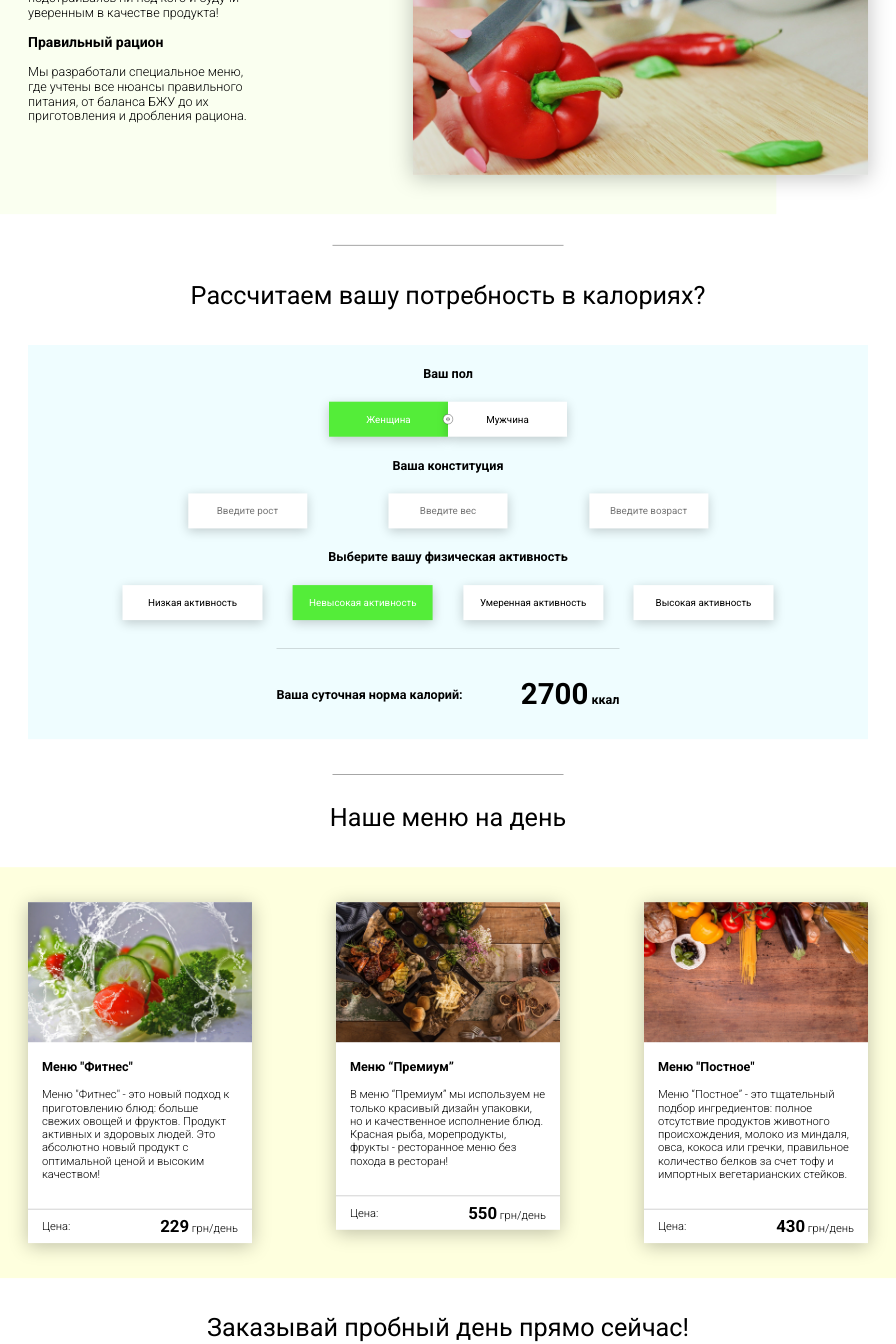
Repository: ne-comilfo/food
Page: index.html
These files come from the project's save history. The page is drawn as it stood at one moment and after the next save; the edit follows.
The browser window is 1280 px wide. The pictures show the part of the page from y = 1407 to 3327 px (the page is 4251 px tall before and 5421 px after), at 70% of full size.

Above is the page before, as saved 2025-07-23 13:08:08.

### index.html
<!DOCTYPE html>
<html lang="en">

<head>
    <meta charset="UTF-8">
    <meta name="viewport" content="width=device-width, initial-scale=1.0">
    <title>Food</title>
    <link rel="stylesheet" href="css/style.css">
</head>

<body>
    <header class="header">
        <div class="header__left-block">
            <div class="header__logo">
                <img src="icons/logo.svg" alt="Логотип">
            </div>
            <nav class="header__links">
                <a href="#" class="header__link">Доставка питания</a>
                <a href="#" class="header__link">Второй пункт</a>
            </nav>
        </div>
        <div class="header__right-block">
            <button class="btn btn_white">Связаться с нами</button>
        </div>
    </header>
    <div class="sidepanel">
        <div class="sidepanel__text"><span>Социальные сети</span></div>
        <div class="sidepanel__divider"></div>
        <a href="#" class="sidepanel__icon">
            <img src="icons/instagram.svg" alt="instagram">
        </a>
        <a href="#" class="sidepanel__icon">
            <img src="icons/facebook.svg" alt="facebook">
        </a>
    </div>

    <div class="preview">
        <div class="bgc_blue"></div>
        <div class="container">
            <div class="tabcontainer">
                <div class="tabcontent">
                    <img src="img/tabs/vegy.jpg" alt="vegy">
                    <div class="tabcontent__descr">
                        Меню "Фитнес" - это новый подход к приготовлению блюд: больше свежих овощей и фруктов. Для
                        людей, которые интересуются спортом; активных и здоровых. Это абсолютно новый продукт с
                        оптимальной ценой и высоким качеством!
                    </div>
                </div>
                <div class="tabcontent">
                    <img src="img/tabs/elite.jpg" alt="elite">
                    <div class="tabcontent__descr">
                        Меню “Премиум” - мы используем не только красивый дизайн упаковки, но и качественное исполнение
                        блюд. Красная рыба, морепродукты, фрукты - ресторанное меню без похода в ресторан!
                    </div>
                </div>
                <div class="tabcontent">
                    <img src="img/tabs/post.jpg" alt="post">
                    <div class="tabcontent__descr">
                        Наше специальное “Постное меню” - это тщательный подбор ингредиентов: полное отсутствие
                        продуктов животного происхождения. Полная гармония с собой и природой в каждом элементе! Все
                        будет Ом!
                    </div>
                </div>
                <div class="tabcontent">
                    <img src="img/tabs/vegy.jpg" alt="vegy">
                    <div class="tabcontent__descr">
                        Меню "Сбалансированное" - это соответствие вашего рациона всем научным рекомендациям. Мы
                        тщательно просчитываем вашу потребность в к/б/ж/у и создаем лучшие блюда для вас.
                    </div>
                </div>
                <div class="tabheader">
                    <h3>Выберите стиль питания</h3>
                    <div class="tabheader__items">
                        <div class="tabheader__item tabheader__item_active">Фитнес</div>
                        <div class="tabheader__item">Премиум</div>
                        <div class="tabheader__item">Постное</div>
                        <div class="tabheader__item">Сбалансированное</div>
                    </div>
                </div>
            </div>
            <div class="preview__life">Живи полной жизнью!</div>
        </div>
    </div>

    <div class="divider"></div>

    <div class="offer">
        <div class="bgc_y"></div>
        <div class="container">
            <div class="offer__text">
                <h2 class="title">Что мы можем вам предложить?</h2>
                <div class="offer__descr">
                    Наша основная идея - это правильное питание. Оно может быть простым и вкусным. Мы не просто
                    доставка, мы сервис! Мы взяли на себя все расчеты БЖУ, калорийности, объемов порций и прочие важные,
                    но скучные аспекты. Вам остается только полезная, сытная и правильная еда, которую мы привозим прямо
                    под дверь.
                </div>
            </div>
            <div class="offer__action">
                <button class="btn btn_dark">Связаться с нами</button>
            </div>
        </div>
        <div class="container">
            <div class="offer__advantages">
                <h2>Быстро и полезно</h2>
                <div class="offer__advantages-text">
                    Готовка дома занимает много сил, времени и нервов. Мы привозим еду сразу на целый день, и ты можешь
                    действовать так, как тебе удобно, не подстраиваясь ни под кого и будучи уверенным в качестве
                    продукта!
                </div>
                <h2>Правильный рацион</h2>
                <div class="offer__advantages-text">
                    Мы разработали специальное меню, где учтены все нюансы правильного питания, от баланса БЖУ до их
                    приготовления и дробления рациона.
                </div>
            </div>
            <div class="offer__slider">
                <div class="offer__slider-counter">
                    <div class="offer__slider-prev">
                        <img src="icons/left.svg" alt="prev">
                    </div>
                    <span id="current">03</span>
                    /
                    <span id="total">04</span>
                    <div class="offer__slider-next">
                        <img src="icons/right.svg" alt="next">
                    </div>
                </div>
                <div class="offer__slider-wrapper">
                    <div class="offer__slide">
                        <img src="img/slider/pepper.jpg" alt="pepper">
                    </div>
                    <!-- <div class="offer__slide">
                        <img src="img/slider/food-12.jpg" alt="food">
                    </div>
                    <div class="offer__slide">
                        <img src="img/slider/olive-oil.jpg" alt="oil">
                    </div>
                    <div class="offer__slide">
                        <img src="img/slider/paprika.jpg" alt="paprika">
                    </div> -->
                </div>
            </div>
        </div>
    </div>

    <div class="divider"></div>

    <div class="calculating">
        <div class="container">
            <h2 class="title">Рассчитаем вашу потребность в калориях?
            </h2>
            <div class="calculating__field">
                <div class="calculating__subtitle">
                    Ваш пол
                </div>
                <div class="calculating__choose" id="gender">
                    <div class="calculating__choose-item calculating__choose-item_active">Женщина</div>
                    <div class="calculating__choose-item">Мужчина</div>
                </div>

                <div class="calculating__subtitle">
                    Ваша конституция
                </div>
                <div class="calculating__choose calculating__choose_medium">
                    <input type="text" id="height" placeholder="Введите рост" class="calculating__choose-item">
                    <input type="text" id="weight" placeholder="Введите вес" class="calculating__choose-item">
                    <input type="text" id="age" placeholder="Введите возраст" class="calculating__choose-item">
                </div>

                <div class="calculating__subtitle">
                    Выберите вашу физическая активность
                </div>
                <div class="calculating__choose calculating__choose_big">
                    <div id="low" class="calculating__choose-item">Низкая активность </div>
                    <div id="small" class="calculating__choose-item calculating__choose-item_active">Невысокая
                        активность</div>
                    <div id="medium" class="calculating__choose-item">Умеренная активность</div>
                    <div id="high" class="calculating__choose-item">Высокая активность</div>
                </div>

                <div class="calculating__divider"></div>

                <div class="calculating__total">
                    <div class="calculating__subtitle">
                        Ваша суточная норма калорий:
                    </div>
                    <div class="calculating__result">
                        <span>2700</span> ккал
                    </div>
                </div>
            </div>
        </div>
    </div>

    <div class="divider"></div>

    <div class="menu">
        <h2 class="title">Наше меню на день</h2>

        <div class="menu__field">
            <div class="container">
                <div class="menu__item">
                    <img src="img/tabs/vegy.jpg" alt="vegy">
                    <h3 class="menu__item-subtitle">Меню "Фитнес"</h3>
                    <div class="menu__item-descr">Меню "Фитнес" - это новый подход к приготовлению блюд: больше свежих
                        овощей и фруктов. Продукт активных и здоровых людей. Это абсолютно новый продукт с оптимальной
                        ценой и высоким качеством!</div>
                    <div class="menu__item-divider"></div>
                    <div class="menu__item-price">
                        <div class="menu__item-cost">Цена:</div>
                        <div class="menu__item-total"><span>229</span> грн/день</div>
                    </div>
                </div>
                <div class="menu__item">
                    <img src="img/tabs/elite.jpg" alt="elite">
                    <h3 class="menu__item-subtitle">Меню “Премиум”</h3>
                    <div class="menu__item-descr">В меню “Премиум” мы используем не только красивый дизайн упаковки, но
                        и качественное исполнение блюд. Красная рыба, морепродукты, фрукты - ресторанное меню без похода
                        в ресторан!</div>
                    <div class="menu__item-divider"></div>
                    <div class="menu__item-price">
                        <div class="menu__item-cost">Цена:</div>
                        <div class="menu__item-total"><span>550</span> грн/день</div>
                    </div>
                </div>
                <div class="menu__item">
                    <img src="img/tabs/post.jpg" alt="post">
                    <h3 class="menu__item-subtitle">Меню "Постное"</h3>
                    <div class="menu__item-descr">Меню “Постное” - это тщательный подбор ингредиентов: полное отсутствие
                        продуктов животного происхождения, молоко из миндаля, овса, кокоса или гречки, правильное
                        количество белков за счет тофу и импортных вегетарианских стейков. </div>
                    <div class="menu__item-divider"></div>
                    <div class="menu__item-price">
                        <div class="menu__item-cost">Цена:</div>
                        <div class="menu__item-total"><span>430</span> грн/день</div>
                    </div>
                </div>
            </div>
        </div>
    </div>

    <div class="order">
        <div class="container">
            <div class="title">Заказывай пробный день прямо сейчас!</div>
            <form action="#" class="order__form">
                <input required placeholder="Ваше имя" name="name" type="text" class="order__input">
                <input required placeholder="Ваш номер телефона" name="phone" type="phone" class="order__input">
                <img src="icons/right.svg" alt="right">
                <button class="btn btn_dark btn_min">Перезвонить мне</button>
            </form>
        </div>
    </div>

    <div class="divider"></div>

    <div class="promotion">
        <div class="bgc_y"></div>
        <div class="container">
            <div class="promotion__text">
                <div class="title">Акция для новых клиентов!</div>
                <div class="promotion__descr">
                    Мы ценим каждого клиента и предлагаем вам стать одним из них на очень выгодных условиях.
                    Каждому, кто закажет доставку питание на неделю, будет предоставлена скидка в размере
                    <span>20%!</span>
                    <br><br>
                    Акция закончится 29 июля в 00:00
                </div>
            </div>
            <div class="promotion__timer">
                <div class="title">Осталось до конца акции:</div>
                <div class="timer">
                    <div class="timer__block">
                        <span id="days">12</span>
                        дней
                    </div>
                    <div class="timer__block">
                        <span id="hours">20</span>
                        часов
                    </div>
                    <div class="timer__block">
                        <span id="minutes">56</span>
                        минут
                    </div>
                    <div class="timer__block">
                        <span id="seconds">20</span>
                        секунд
                    </div>
                </div>
            </div>
        </div>
    </div>

    <footer class="footer">
        <div class="container">
            <div class="social">
                <div class="subtitle">Мы в социальных сетях:</div>
                <a href="#" class="link">instagram</a>
                <a href="#" class="link">facebook</a>
            </div>
            <div class="pepper">
                <img src="icons/veg.svg" alt="pepper">
            </div>
            <div class="call">
                <div class="subtitle">Или позвоните нам</div>
                <a href="#" class="link">+380678341034</a>
                <a href="#" class="link">+380500941356</a>
            </div>
        </div>
    </footer>

    <div class="modal">
        <div class="modal__dialog">
            <div class="modal__content">
                <form action="#">
                    <div class="modal__close">&times;</div>
                    <div class="modal__title">Мы свяжемся с вами как можно быстрее!</div>
                    <input required placeholder="Ваше имя" name="name" type="text" class="modal__input">
                    <input required placeholder="Ваш номер телефона" name="phone" type="phone" class="modal__input">
                    <button class="btn btn_dark btn_min">Перезвонить мне</button>
                </form>
            </div>
        </div>
    </div>
    <script src='js/script.js'></script>
</body>

</html>

### js/script.js
document.addEventListener('DOMContentLoaded', () => {

    const tabs = document.querySelectorAll('.tabheader__item'),
        tabContent = document.querySelectorAll('.tabcontent'),
        tabParent = document.querySelector('.tabheader__items');

    function hiddenTabContent() {
        tabContent.forEach(item => {
            item.classList.add('hide');
            item.classList.remove('show', 'fade');
        })
        tabs.forEach(item => {
            item.classList.remove('tabheader__item_active');
        })
    }

    function showTabContent(i = 0) {
        tabContent[i].classList.remove('hide');
        tabContent[i].classList.add('show', 'fade');
        tabs[i].classList.add('tabheader__item_active');
    }

    hiddenTabContent();
    showTabContent();

    tabParent.addEventListener('click', (e) => {
        const target = e.target;
        if (target && target.classList.contains('tabheader__item')) {
            tabs.forEach((item, i) => {
                if (target == item) {
                    hiddenTabContent();
                    showTabContent(i);
                }
            })
        }
    })

    const endData = new Date('2025-07-29'),
        hours = document.querySelector('#hours'),
        days = document.querySelector('#days'),
        minutes = document.querySelector('#minutes'),
        seconds = document.querySelector('#seconds');

    function updateData() {
        const startData = new Date();
        let diffData = endData - startData;
        if (diffData <= 0) {
            days.textContent = '0';
            hours.textContent = '0';
            minutes.textContent = '0';
            seconds.textContent = '0';
            clearInterval(id);
            return;
        }
        const totalSeconds = Math.floor(diffData / 1000);
        days.textContent = Math.floor(totalSeconds / (3600 * 24));
        hours.textContent = Math.floor(totalSeconds / (3600) % 24) - 3;
        minutes.textContent = Math.floor(totalSeconds / 60) % 60;
        seconds.textContent = totalSeconds % 60;
    }
    const timerId = setInterval(updateData, 1000);
    updateData();
})

Loaded but not shown: css/style.css (library)

After the next save:
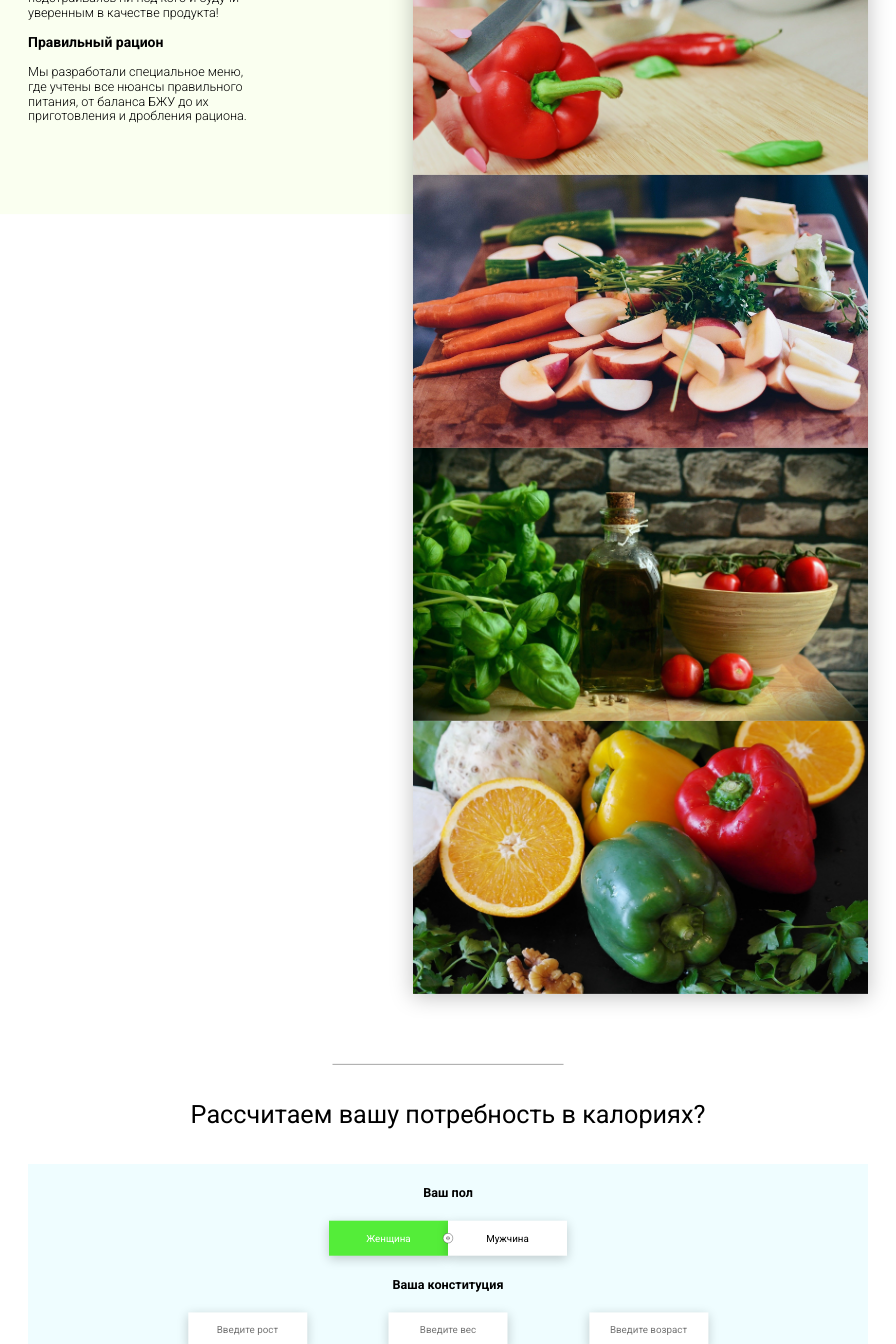
Saved 5 h 13 min later.
--- a/index.html
+++ b/index.html
@@ -130,7 +130,7 @@
                     <div class="offer__slide">
                         <img src="img/slider/pepper.jpg" alt="pepper">
                     </div>
-                    <!-- <div class="offer__slide">
+                    <div class="offer__slide">
                         <img src="img/slider/food-12.jpg" alt="food">
                     </div>
                     <div class="offer__slide">
@@ -138,7 +138,7 @@
                     </div>
                     <div class="offer__slide">
                         <img src="img/slider/paprika.jpg" alt="paprika">
-                    </div> -->
+                    </div>
                 </div>
             </div>
         </div>

After the save that followed:
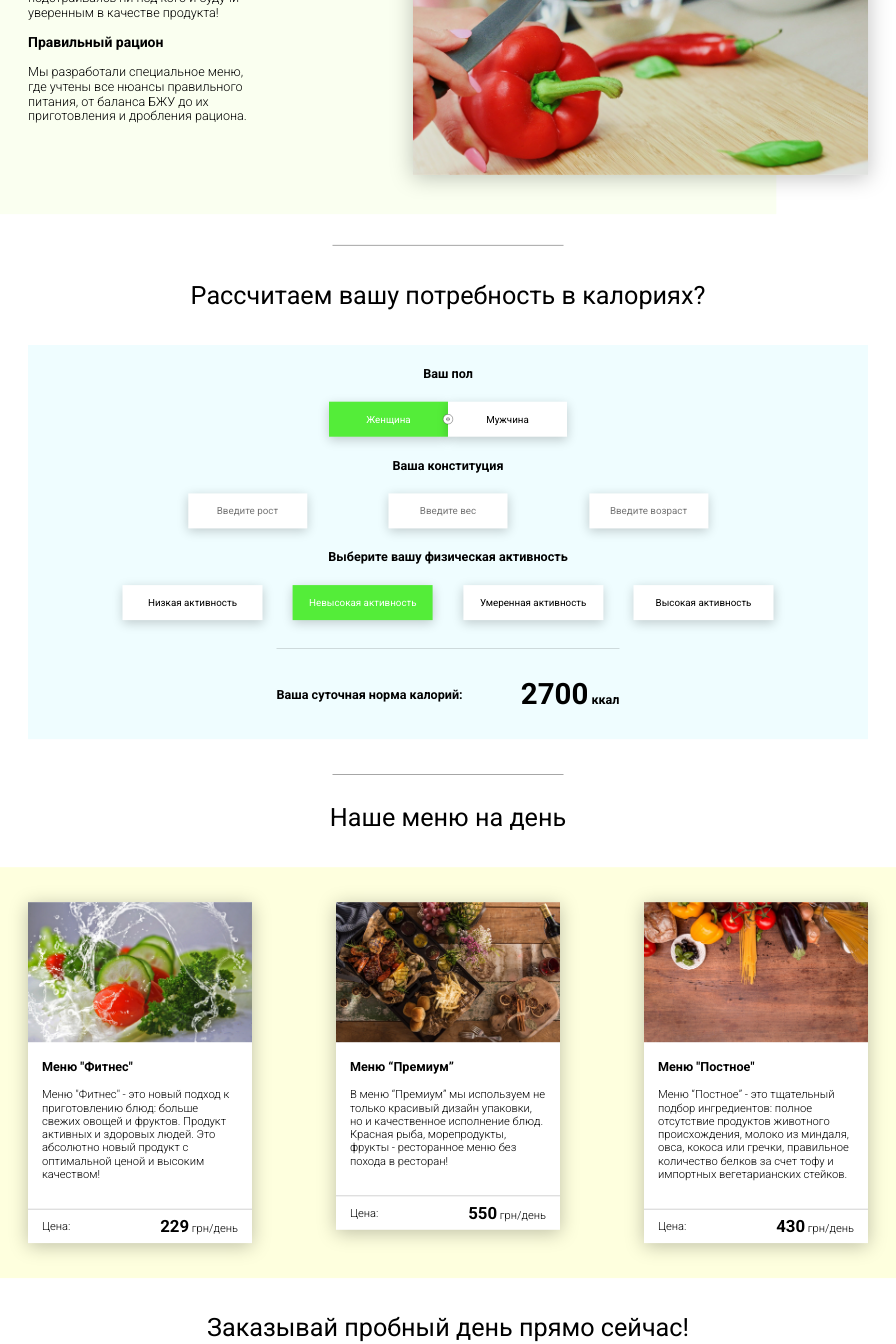
Saved 14 s later.
--- a/index.html
+++ b/index.html
@@ -130,7 +130,7 @@
                     <div class="offer__slide">
                         <img src="img/slider/pepper.jpg" alt="pepper">
                     </div>
-                    <div class="offer__slide">
+                    <!-- <div class="offer__slide">
                         <img src="img/slider/food-12.jpg" alt="food">
                     </div>
                     <div class="offer__slide">
@@ -138,7 +138,7 @@
                     </div>
                     <div class="offer__slide">
                         <img src="img/slider/paprika.jpg" alt="paprika">
-                    </div>
+                    </div> -->
                 </div>
             </div>
         </div>
